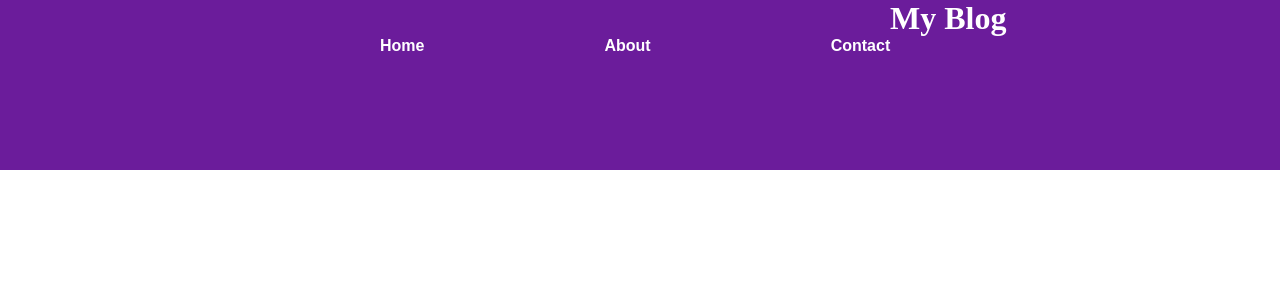
Repository: Femi007-gh/BLOG
Page: index.html
An editor plug-in stored every save of this project. The page is shown before and after a run of saves, followed by the edit.
The browser window is 1280 px wide. The pictures show the whole page.

Above is the page before, as saved 2025-01-08 07:08:00.

### index.html
<html>
  <head>
    <title>BLOG</title>
    <link rel="stylesheet" href="style.css">
  </head>
  <body>
    <header>
      <h1 class="head">My Blog</h1>
      <nav>
        <ul>
          <li><a href="#">Home</a></li>
          <li><a href="#">About</a></li>
          <li><a href="#">Contact</a></li>
        </ul>
      </nav>
    </header>
  </body>
</html>

### style.css
header {
  background-color: 6B1C9B;
  color: white;
  height: 170px;
}
* {
  margin: 0;
  padding: 0;
}

.desc {
  max-width: 1200px;
  margin: o auto;
  display: flex;
  align-items: center;
  justify-content: space-between;
}

header h1 {
  margin-left:890px;
}

nav ul {
  list-style-type: none;
  display:  flex;
}


 li a {
  color: white;
  text-decoration: none;
  font-weight: bold;
  margin-left: 380px;
  justify-content: space-evenly;
  margin-right: -200px;
}

li a{
  text-decoration: none;
  font-family: Arial;
}

After the next 3 saves:
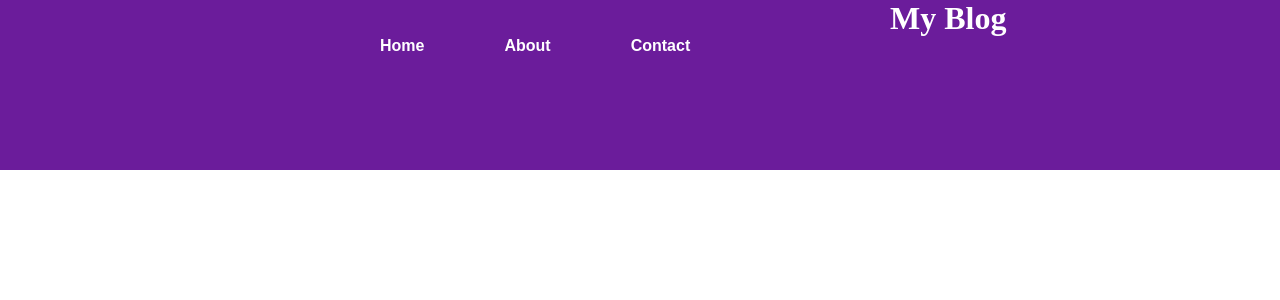
The 3 saves are shown as one change because they came seconds apart.
The last was saved 9 s later.
--- a/style.css
+++ b/style.css
@@ -32,7 +32,7 @@ nav ul {
   font-weight: bold;
   margin-left: 380px;
   justify-content: space-evenly;
-  margin-right: -200px;
+  margin-right: -300px;
 }
 
 li a{
